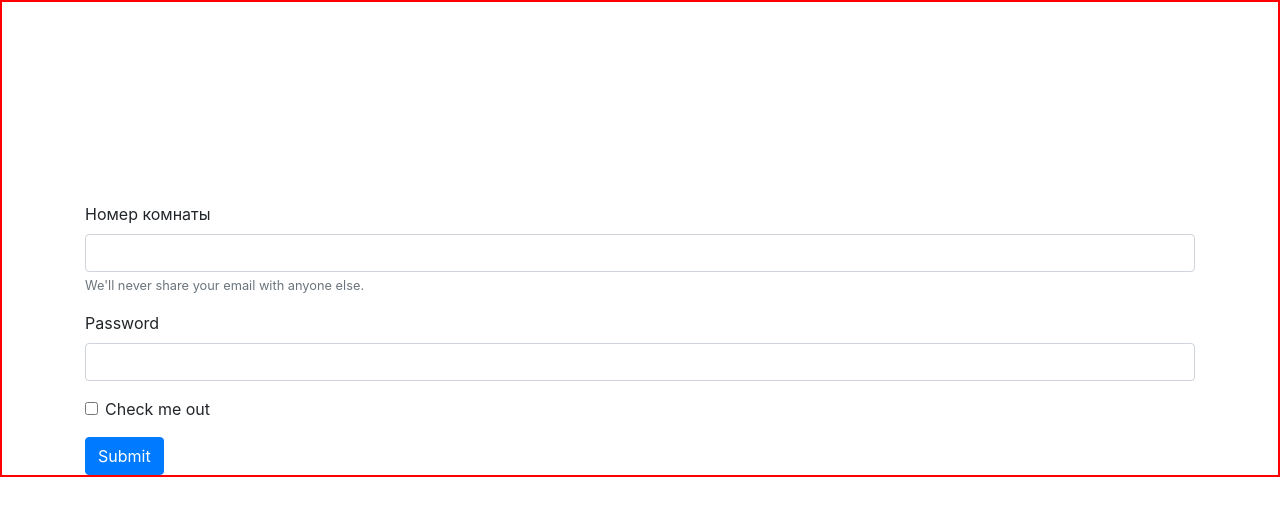
Repository: Hansol46/react-chat
Page: /
The author's editor kept a copy of each file at every save. The page is drawn from the files as they stood at one save, then again after the next save.
The browser window is 1280 px wide. The pictures show the whole page.
The project was rebuilt for these pictures with package versions that can differ from the ones it lists, and the page was loaded fresh each time.

Above is the page before, as saved 2020-09-06 21:51:38.

### public/index.html
<!DOCTYPE html>
<html lang="en">
  <head>
    <meta charset="utf-8" />
    <link rel="icon" href="%PUBLIC_URL%/favicon.ico" />
    <meta name="viewport" content="width=device-width, initial-scale=1" />
    <meta name="theme-color" content="#000000" />
    <meta
      name="description"
      content="Web site created using create-react-app"
    />
    <link rel="apple-touch-icon" href="%PUBLIC_URL%/logo192.png" />
    <!--
      manifest.json provides metadata used when your web app is installed on a
      user's mobile device or desktop. See https://developers.google.com/web/fundamentals/web-app-manifest/
    -->
    <link rel="manifest" href="%PUBLIC_URL%/manifest.json" />
    <link rel="stylesheet"
    href="https://stackpath.bootstrapcdn.com/bootstrap/4.5.0/css/bootstrap.min.css"
    integrity="sha384-9aIt2nRpC12Uk9gS9baDl411NQApFmC26EwAOH8WgZl5MYYxFfc+NcPb1dKGj7Sk"
    crossorigin="anonymous">
    <!--
      Notice the use of %PUBLIC_URL% in the tags above.
      It will be replaced with the URL of the `public` folder during the build.
      Only files inside the `public` folder can be referenced from the HTML.

      Unlike "/favicon.ico" or "favicon.ico", "%PUBLIC_URL%/favicon.ico" will
      work correctly both with client-side routing and a non-root public URL.
      Learn how to configure a non-root public URL by running `npm run build`.
    -->
    <title>React App</title>
  </head>
  <body>
    <noscript>You need to enable JavaScript to run this app.</noscript>
    <div id="root"></div>
    <!--
      This HTML file is a template.
      If you open it directly in the browser, you will see an empty page.

      You can add webfonts, meta tags, or analytics to this file.
      The build step will place the bundled scripts into the <body> tag.

      To begin the development, run `npm start` or `yarn start`.
      To create a production bundle, use `npm run build` or `yarn build`.
    -->
  </body>
</html>

### src/App.js
import React from "react";
import "./App.css";
import io from "socket.io-client";

// const socket = io('http://localhost:9999')

function App() {
  const connectSocket = () => {
    io("http://localhost:9999");
  };

  return (
    <div className="App">
      <div className="container">
        <form>
          <div class="form-group">
            <label for="exampleInputEmail1"> Номер комнаты</label>
            <input
              type="email"
              class="form-control"
              id="exampleInputEmail1"
              aria-describedby="emailHelp"
            />
            <small id="emailHelp" class="form-text text-muted">
              We'll never share your email with anyone else.
            </small>
          </div>
          <div class="form-group">
            <label for="exampleInputPassword1">Password</label>
            <input
              type="password"
              class="form-control"
              id="exampleInputPassword1"
            />
          </div>
          <div class="form-group form-check">
            <input
              type="checkbox"
              class="form-check-input"
              id="exampleCheck1"
            />
            <label class="form-check-label" for="exampleCheck1">
              Check me out
            </label>
          </div>
          <button type="submit" class="btn btn-primary">
            Submit
          </button>
        </form>
      </div>
    </div>
  );
}

export default App;

### src/App.css
.App {
  border: 2px solid red;
  padding-top: 200px;
}

Loaded but not shown: src/index.js (common file); src/index.css (common file)

After the next save:
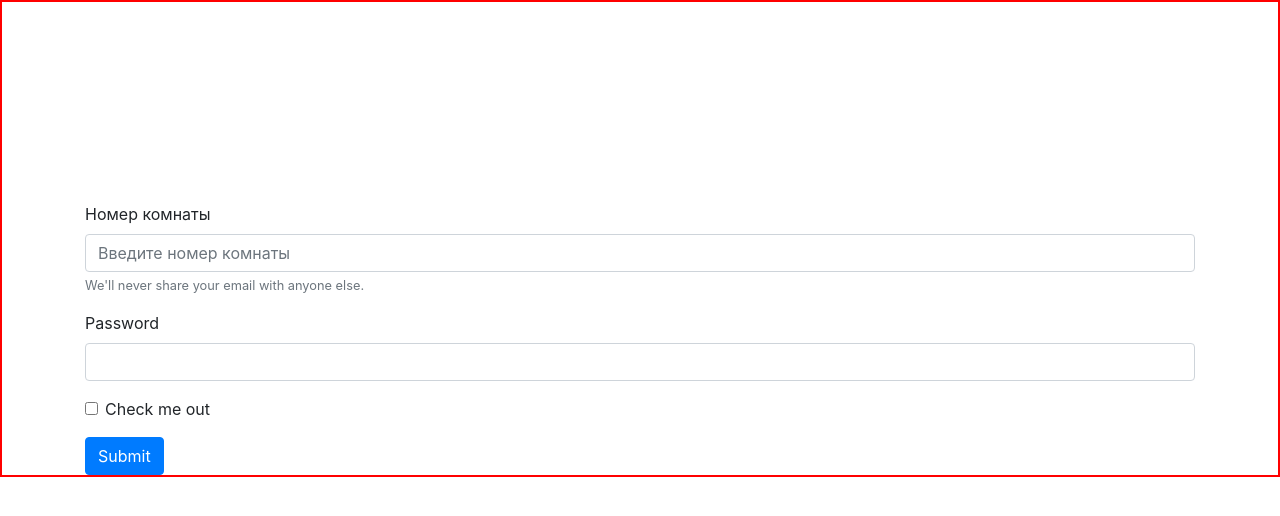
Saved 99 s later.
--- a/src/App.js
+++ b/src/App.js
@@ -16,10 +16,11 @@ function App() {
           <div class="form-group">
             <label for="exampleInputEmail1"> Номер комнаты</label>
             <input
-              type="email"
+              type="text"
               class="form-control"
               id="exampleInputEmail1"
               aria-describedby="emailHelp"
+              placeholder='Введите номер комнаты'
             />
             <small id="emailHelp" class="form-text text-muted">
               We'll never share your email with anyone else.
